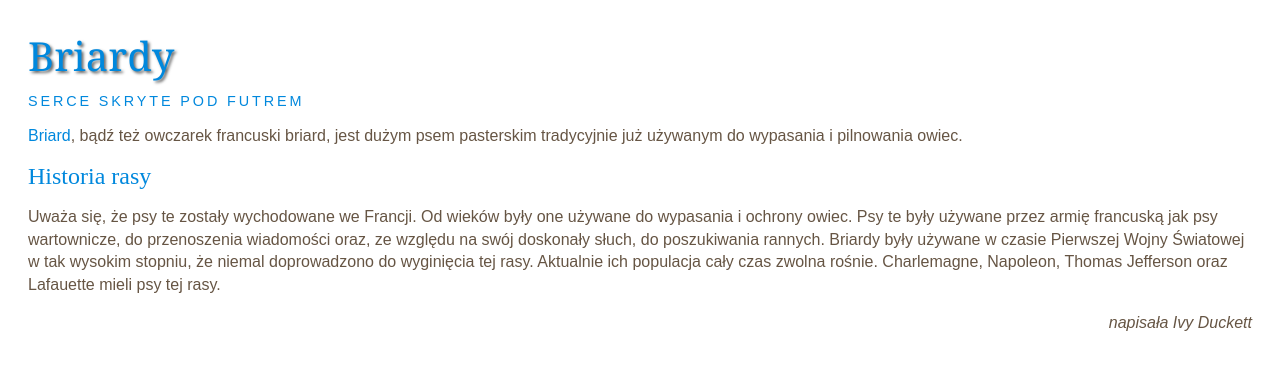
Repository: Lenerystia/HTML
Page: Rozdział 12/Example/index.html
An editor plug-in stored every save of this project. The page is shown before and after the next save, followed by the edit.
The browser window is 1280 px wide. The pictures show the whole page.

Above is the page before, as saved 2022-02-07 09:26:13.

After the next save:
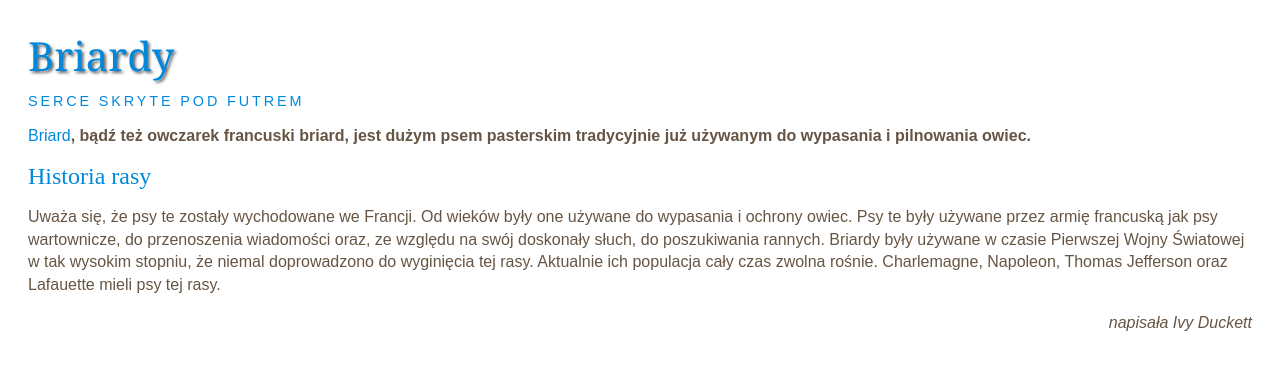
Saved 12 s later.
--- a/Rozdział 12/Example/style.css
+++ b/Rozdział 12/Example/style.css
@@ -20,7 +20,7 @@ body {
     font-family: Arial, Verdana, sans-serif;
     line-height: 1.4em;
     color: #665544;}
-    p.intro:ğ rst-line {
+    p.intro:first-line {
     font-weight: bold;}
     .credits {
     font-style: italic;
